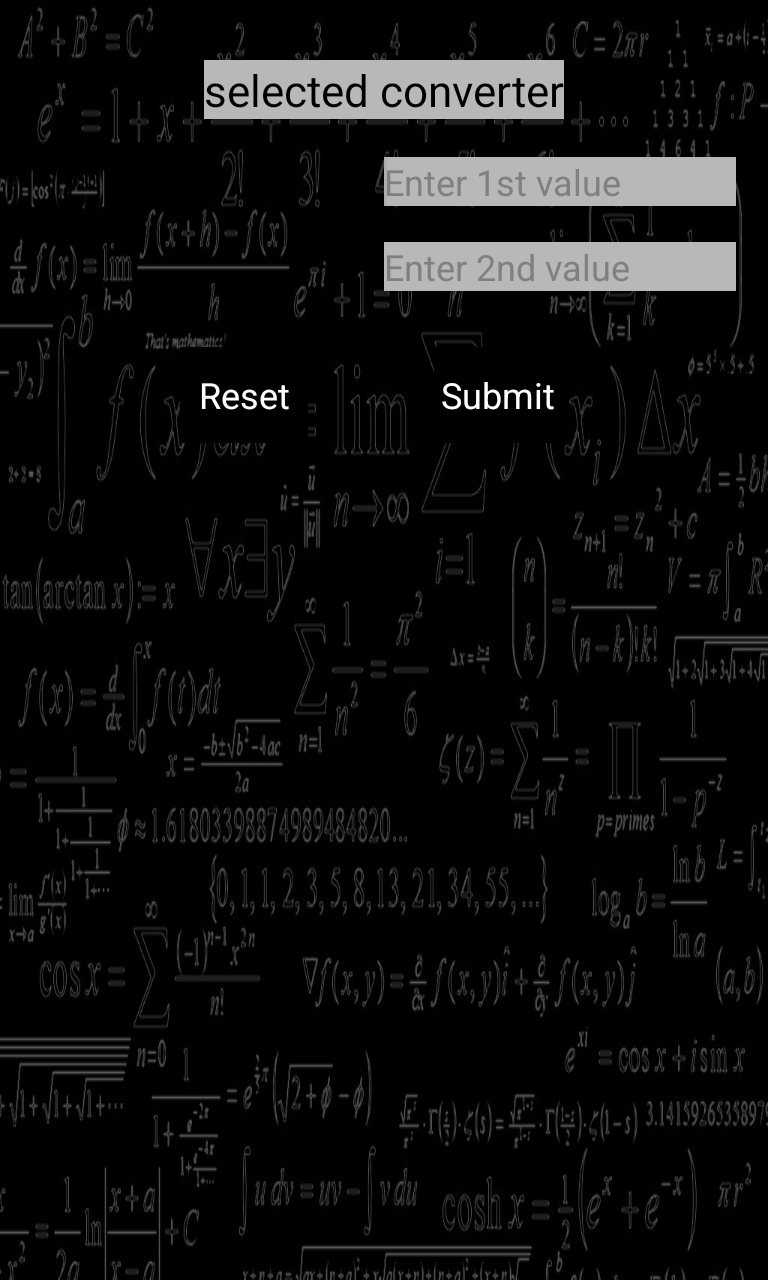
Repository: priyankaaj/practiced-apps
Layout: Converter/res/layout/activity_main.xml
An editor plug-in stored every save of this project. The layout is shown before and after the next save, followed by the edit.
It is drawn on a 768 x 1280 px phone screen (xhdpi) without system bars, with theme AppTheme; the app's code is not run.

Above is the layout before, as saved 2015-09-24 18:53:20.

### Converter/res/layout/activity_main.xml
<RelativeLayout xmlns:android="http://schemas.android.com/apk/res/android"
    xmlns:tools="http://schemas.android.com/tools"
    android:layout_width="match_parent"
    android:layout_height="match_parent"
    android:background="@drawable/maths_wallpaper"
    android:paddingBottom="@dimen/activity_vertical_margin"
    android:paddingLeft="@dimen/activity_horizontal_margin"
    android:paddingRight="@dimen/activity_horizontal_margin"
    android:paddingTop="@dimen/activity_vertical_margin"
    tools:context=".MainActivity" >

    <TextView
        android:id="@+id/selectedconverter"
        android:layout_width="wrap_content"
        android:layout_height="wrap_content"
        android:layout_alignParentTop="true"
        android:layout_centerHorizontal="true"
        android:layout_marginTop="14dp"
        android:text="selected converter"
        android:background="#B8B8B8"
        android:textAppearance="?android:attr/textAppearanceLarge" />

    <Spinner
        android:id="@+id/spinnerconvertoptions"
        android:layout_width="wrap_content"
        android:layout_height="wrap_content"
        android:layout_below="@+id/selectedconverter"
        android:layout_centerHorizontal="true"
        android:background="#B8B8B8"
        android:layout_marginTop="19dp" />

    <EditText
        android:id="@+id/entvalue1"
        android:layout_width="wrap_content"
        android:layout_height="wrap_content"
        android:layout_alignLeft="@+id/spinnerconvertoptions"
        android:layout_below="@+id/spinnerconvertoptions"
        android:ems="10"
        android:background="#B8B8B8"
        android:hint="Enter 1st value" >

        <requestFocus />
    </EditText>

    <EditText
        android:id="@+id/entvalue2"
        android:layout_width="wrap_content"
        android:layout_height="wrap_content"
        android:layout_alignLeft="@+id/entvalue1"
        android:layout_below="@+id/entvalue1"
        android:layout_marginTop="18dp"
        android:ems="10"
        android:background="#B8B8B8"
        android:hint="Enter 2nd value" />

    <Button
        android:id="@+id/buttonsubmit"
        android:layout_width="wrap_content"
        android:layout_height="wrap_content"
        android:layout_alignLeft="@+id/entvalue2"
        android:layout_below="@+id/entvalue2"
        android:layout_marginLeft="25dp"
        android:layout_marginTop="28dp"
        android:background="#000000"
        android:textColor="#ffffff"
        android:text="Submit" />

    <Button
        android:id="@+id/buttoncancel"
        android:layout_width="wrap_content"
        android:layout_height="wrap_content"
        android:layout_alignBaseline="@+id/buttonsubmit"
        android:layout_alignBottom="@+id/buttonsubmit"
        android:layout_alignRight="@+id/spinnerconvertoptions"
        android:layout_marginRight="38dp"
        android:background="#000000"
        android:textColor="#ffffff"
        android:text="Reset" />

</RelativeLayout>

Loaded but not shown: Converter/res/values/styles.xml (common file); Converter/res/values-v11/styles.xml (common file); Converter/res/values-v14/styles.xml (common file); Converter/res/values/dimens.xml (common file)

After the next save:
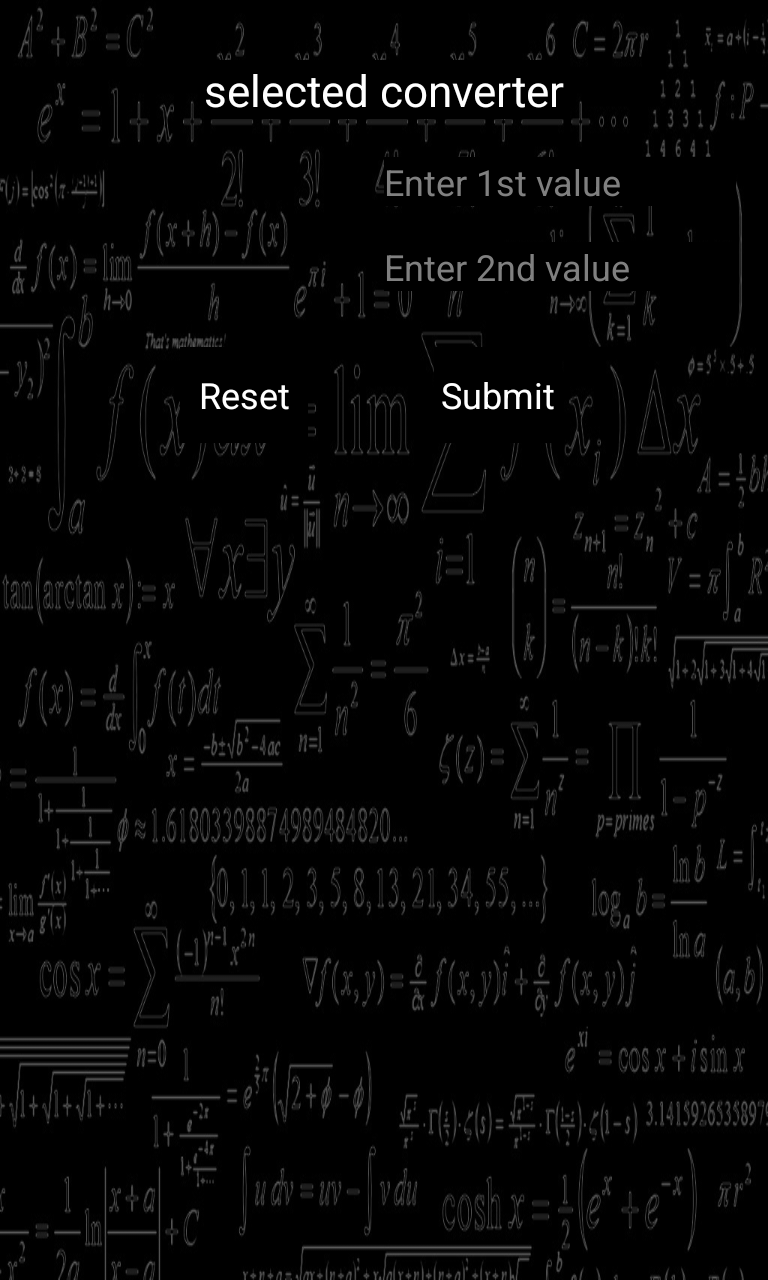
Saved 85 s later.
--- a/Converter/res/layout/activity_main.xml
+++ b/Converter/res/layout/activity_main.xml
@@ -17,7 +17,8 @@
         android:layout_centerHorizontal="true"
         android:layout_marginTop="14dp"
         android:text="selected converter"
-        android:background="#B8B8B8"
+        android:background="#000000"
+        android:textColor="#ffffff"
         android:textAppearance="?android:attr/textAppearanceLarge" />
 
     <Spinner
@@ -26,7 +27,8 @@
         android:layout_height="wrap_content"
         android:layout_below="@+id/selectedconverter"
         android:layout_centerHorizontal="true"
-        android:background="#B8B8B8"
+        android:background="#000000"
+        android:textColor="#ffffff"
         android:layout_marginTop="19dp" />
 
     <EditText
@@ -36,7 +38,8 @@
         android:layout_alignLeft="@+id/spinnerconvertoptions"
         android:layout_below="@+id/spinnerconvertoptions"
         android:ems="10"
-        android:background="#B8B8B8"
+        android:background="#000000"
+        android:textColor="#ffffff"
         android:hint="Enter 1st value" >
 
         <requestFocus />
@@ -50,7 +53,8 @@
         android:layout_below="@+id/entvalue1"
         android:layout_marginTop="18dp"
         android:ems="10"
-        android:background="#B8B8B8"
+        android:background="#000000"
+        android:textColor="#ffffff"
         android:hint="Enter 2nd value" />
 
     <Button
